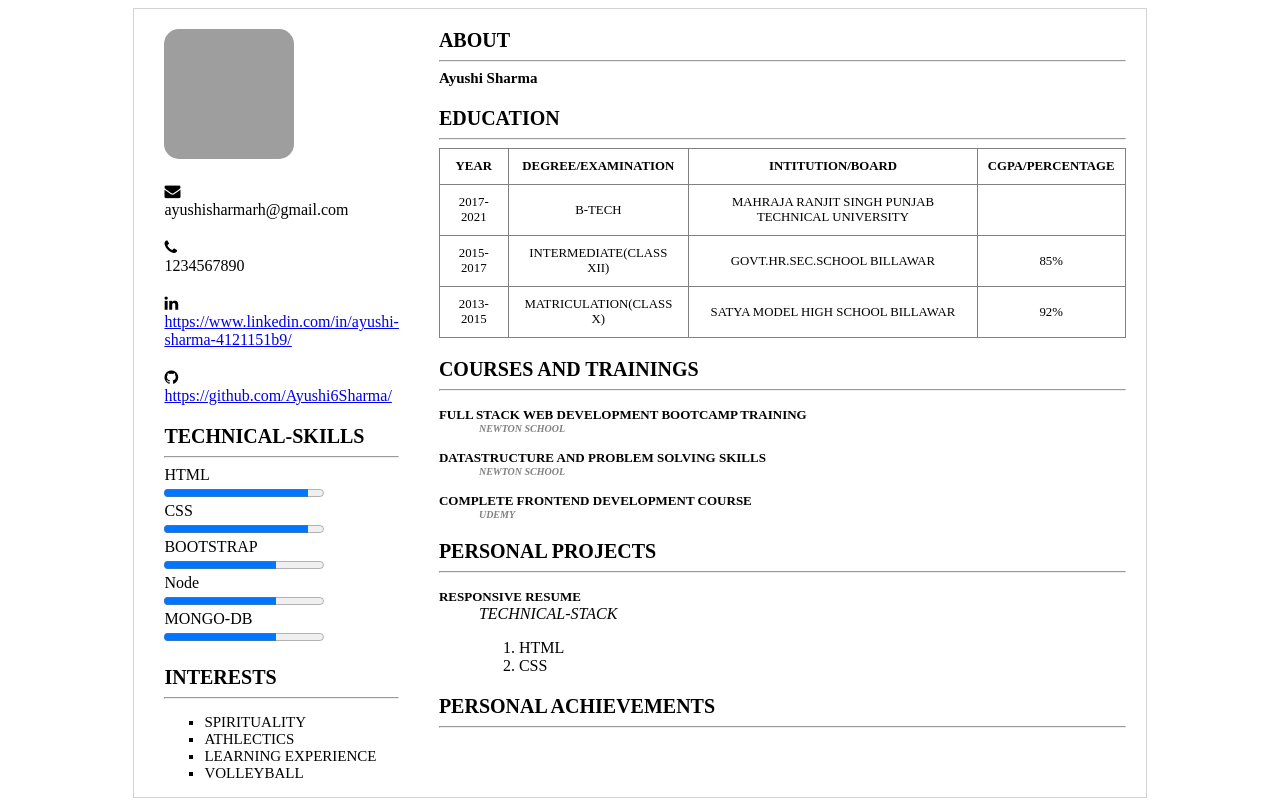
Repository: Ayushi6Sharma/Resume
Page: index.html
These files come from the project's save history. The page is drawn as it stood at one moment and after the next save; the edit follows.
The browser window is 1280 px wide. The pictures show the whole page.
Pictures or frames that could not be fetched are drawn as grey boxes.

Above is the page before, as saved 2022-05-04 15:11:14.

After the next save:
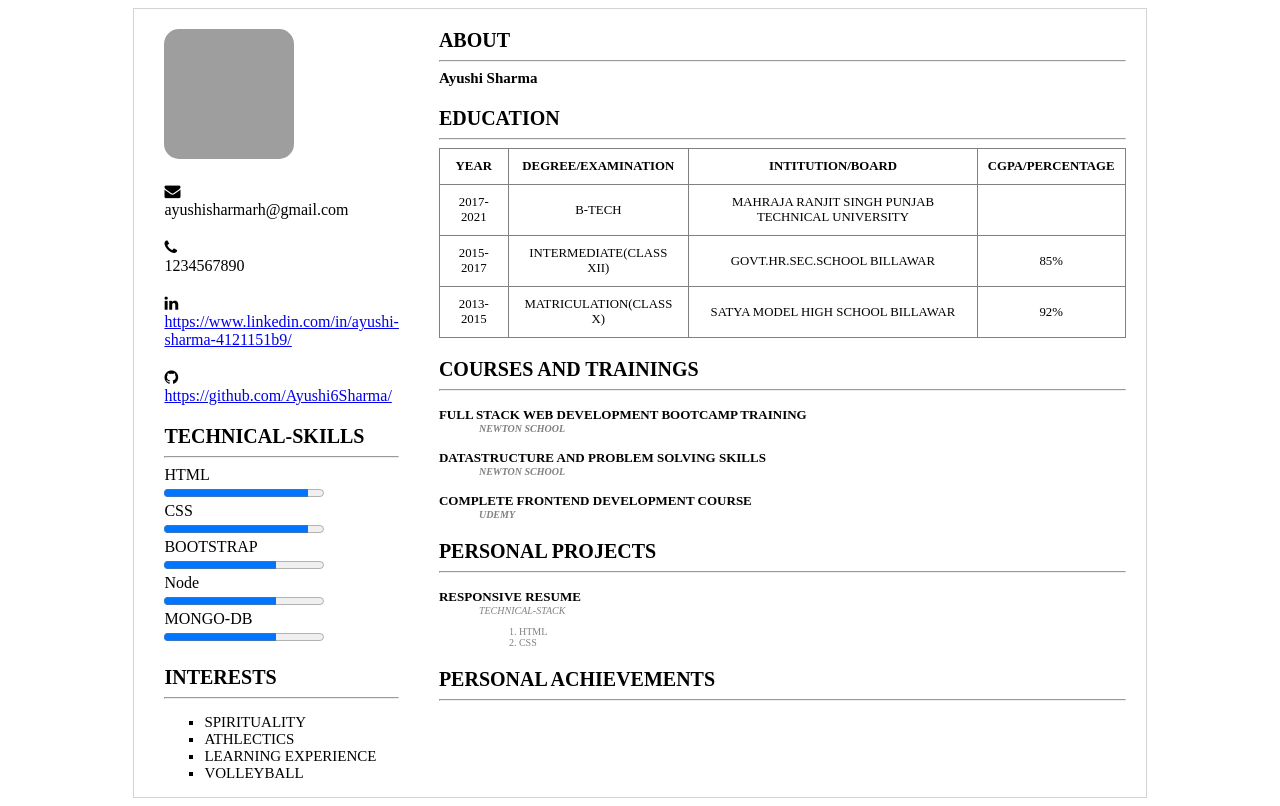
Saved 48 s later.
--- a/style.css
+++ b/style.css
@@ -75,6 +75,11 @@ table,th,td
     font-weight: bold;
     font-size:13px;
 }
+.tech-stack
+{
+    color:grey;
+    font-size: 10px;
+}
 /* media queries for responsive page */
 
 @media only screen and (max-width:480px)
